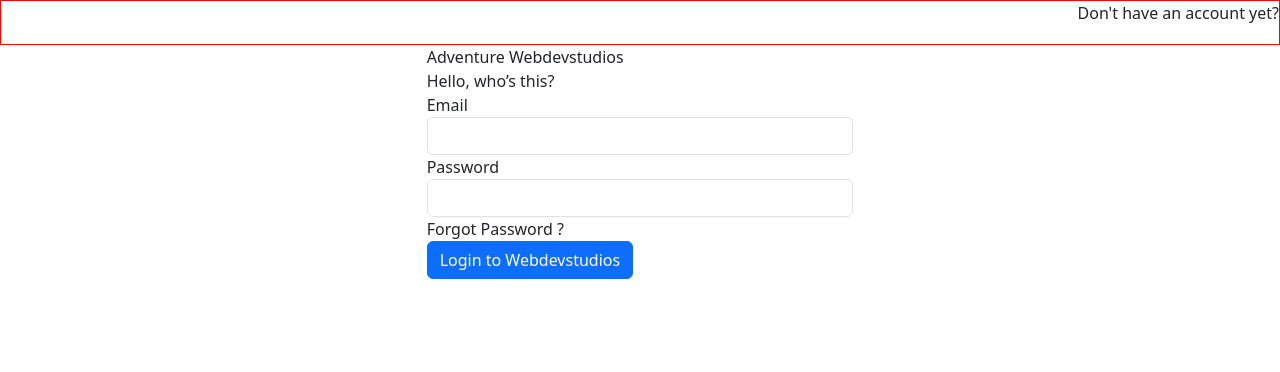
Repository: nnbxxx/React-Untimate
Page: /login
An editor plug-in stored every save of this project. The page is shown before and after the next save, followed by the edit.
The browser window is 1280 px wide. The pictures show the whole page.
The project was rebuilt for these pictures with package versions that can differ from the ones it lists, and the page was loaded fresh each time. Also part of the build but not shown: src/components/Header/header.js, src/App.js, src/components/User/User.js, src/components/Admin/SideBar.scss, src/components/Admin/SideBar.js, src/components/Admin/Admin.scss, src/components/Admin/Admin.js, src/components/Home/HomePage.js and 11 more. Imported but missing from the stored project, and not drawn on this page: src/assets/video-homepage.webm.

Above is the page before, as saved 2023-04-12 20:36:19.

After the next save:
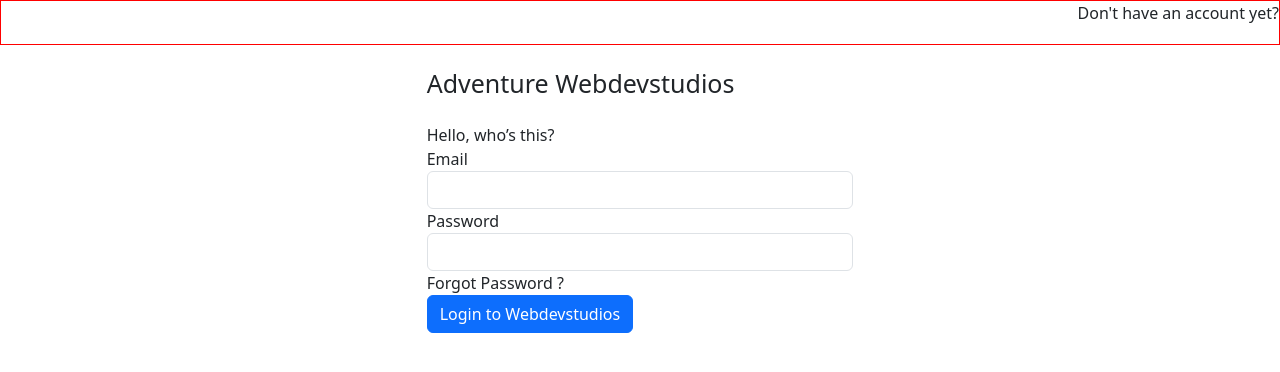
Saved 62 s later.
--- a/src/components/Auth/Login.scss
+++ b/src/components/Auth/Login.scss
@@ -5,6 +5,8 @@
     border: 1px solid red;
   }
   .title {
+    font-size: 25px;
+    padding: 20px 0;
   }
   .welcome {
   }
